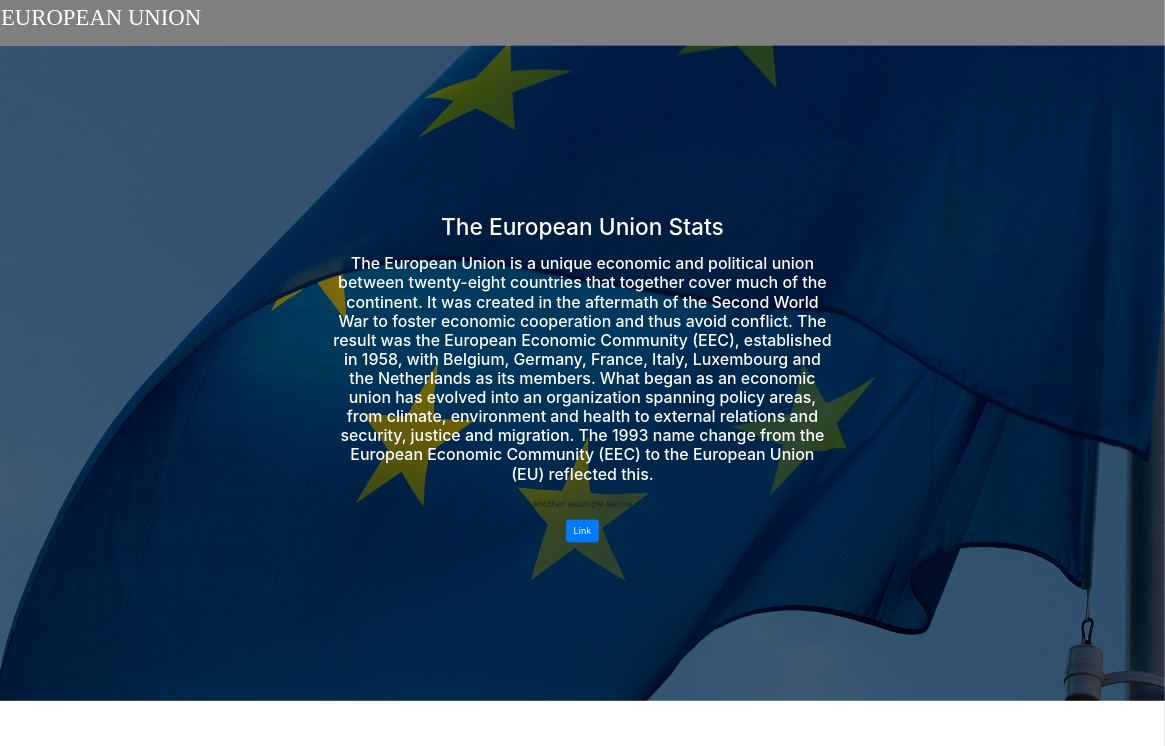
Repository: pjachimowski/renewable
Page: index.html
The author's editor kept a record of every edit. The page is drawn from the files as they stood at one moment, then again after the next edit.
The browser window is 1280 px wide. The pictures show the whole page, at 91% of full size.
Backgrounds fixed to the window are drawn as part of the page. Some web fonts or font styles are not loaded; a fallback is used. Some web libraries are served in a nearby version.

Above is the page before.
Console error: TypeError: Cannot read properties of null (reading 'textContent')

### index.html
<!DOCTYPE html>
<html lang="en">

<head>
    <meta charset="UTF-8">
    <meta name="viewport" content="width=device-width, initial-scale=1.0">
    <meta http-equiv="X-UA-Compatible" content="ie=edge">

    <title>EU Stats</title>

    <link rel="stylesheet" href="static/css/style.css" type="text/css" />
    <link rel="stylesheet" href="static/css/dc.min.css" type="text/css" />
    <link rel="stylesheet" href="static/css/bootstrap.min.css" type="text/css" />
    <link rel="stylesheet" href="https://maxcdn.bootstrapcdn.com/bootstrap/4.1.3/css/bootstrap.min.css">
    <link rel="stylesheet" href="https://use.fontawesome.com/releases/v5.6.1/css/all.css" integrity="sha384-gfdkjb5BdAXd+lj+gudLWI+BXq4IuLW5IT+brZEZsLFm++aCMlF1V92rMkPaX4PP" crossorigin="anonymous">
    <link href="https://fonts.googleapis.com/css?family=Akronim|Raleway" rel="stylesheet">


    <script type="text/javascript" src="static/js/d3.min.js"></script>
    <script type="text/javascript" src="static/js/crossfilter.min.js"></script>
    <script type="text/javascript" src="static/js/dc.min.js"></script>
    <script type="text/javascript" src="static/js/queue.min.js"></script>
    <script type="text/javascript" src="static/js/graphs2.js"></script>
</head>
<body>

<!-- navbar --------------------------------------------------------------------------------------------->

    <nav class="mynavbar navbar-expand-sm">
        <p class="logo my-auto">European Union </p>
    </nav>

<!-- callout --------------------------------------------------------------------------------------------->

   <section class="container-callout container-fluid">
       <div class="opaque-overlay">&nbsp;</div>
        <div class="row">
            <div class="col-12 text-center">
                <div>
                    <h1 class="title2">The European Union Stats</h1>
                </div>
                <div>
                    <h3 class="title2">The European Union is a unique economic and political union between twenty-eight countries that together cover much of the continent.
                    It was created in the aftermath of the Second World War to foster economic cooperation and thus avoid conflict. The result was the European Economic Community (EEC), established in 1958, with Belgium, Germany, France, Italy, Luxembourg and the Netherlands as its members.
                    What began as an economic union has evolved into an organization spanning policy areas, from climate, environment and health to external relations and security, justice and migration. The 1993 name change from the European Economic Community (EEC) to the European Union (EU) reflected this.
                    </h3>
                    <p> another example below</p>
                    <a class="btn btn-primary" href="example.html" role="button">Link</a>
                </div>
            </div>
        </div>

    </section>

    <div id="source-balance"></div>

   <!--  <div id="members-selector"></div> -->

    <div id="average-gdp"></div>



</body>
</html>

### static/css/style.css
html, body {
    overflow-x: hidden;
}

body {
    font-family: "Railway", sans-serif;
}

/*------- navbar ---------------*/
.mynavbar {
    background-color: gray;
    position: relative;
    min-height: 50px;
    margin-bottom: 0px;
    border: 1px solid transparent;
}

.logo {
    color: white;
    font-size: 25px;
    text-transform: uppercase;
    font-family: 'Playfair Display', serif;
}

/*------- callout -----------*/

.container-callout {
    height: 100vh;
    background: url("../../assets/background1.jpg") no-repeat bottom right fixed;
    -webkit-background-size: cover;
    -moz-background-size: cover;
    -o-background-size: cover;
    background-size: cover;
    display: flex;
    align-items: center;
    justify-content: center;
    position: relative;
    margin-bottom: 50px;
}

.opaque-overlay {
    position: absolute;
    top: 0;
    left: 0;
    height: 100%;
    width: 100%;
    background-color: rgba(0, 0, 0, 0.5);
}

.title2 {
    margin: 10px 350px 15px 350px;
    display: block;
    color: white;
}

### static/js/graphs2.js
queue()
    .defer(d3.csv, "data/states.csv")
    .await(makeGraphs);

function makeGraphs(error, statesData) {
    var ndx = crossfilter(statesData);

    show_members_balance(ndx);

    dc.renderAll();
}

/* ------ show_members_balance --------*/

function show_members_balance(ndx) {
    var dim = ndx.dimension(dc.pluck('European_Union'));
    var group = dim.group();

    dc.barChart("#members_balance")
        .width(400)
        .height(300)
        .margins({top: 10, right: 50, bottom: 30, left: 50})
        .dimension(dim)
        .group(group)
        .transitionDuration(500)
        .x(d3.scale.ordinal())
        .xUnits(dc.units.ordinal)
        .elasticY(true)
        .xAxisLabel("Countries in Europe")
        .yAxis().ticks(20);
}

/* ------ show_year_accession --------*/

function show_year_accession(ndx) {
    var dim = ndx.dimension(dc.pluck('European_Union'));
    var group = dim.group();

    dc.barChart("#members_balance")
        .width(400)
        .height(300)
        .margins({top: 10, right: 50, bottom: 30, left: 50})
        .dimension(dim)
        .group(group)
        .transitionDuration(500)
        .x(d3.scale.ordinal())
        .xUnits(dc.units.ordinal)
        .elasticY(true)
        .xAxisLabel("Countries in Europe")
        .yAxis().ticks(20);
}

Loaded but not shown: static/css/dc.min.css (library); static/css/bootstrap.min.css (library); static/js/d3.min.js (library); static/js/crossfilter.min.js (library); static/js/dc.min.js (library); static/js/queue.min.js (common file)

After the next edit:
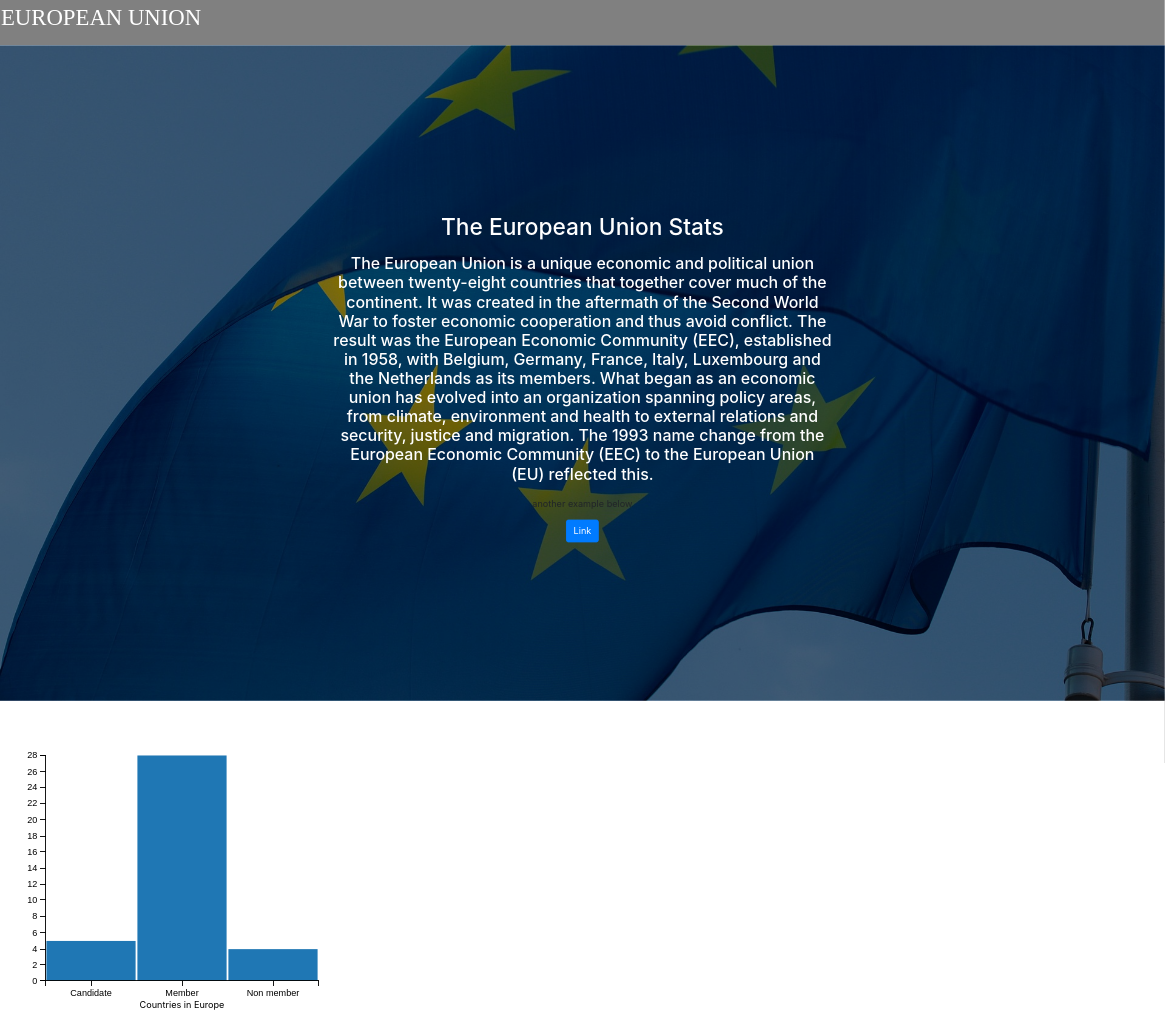
The error is gone.
The edit:
--- a/index.html
+++ b/index.html
@@ -52,11 +52,17 @@
 
     </section>
 
-    <div id="source-balance"></div>
+    <div id="members_balance"></div>
 
-   <!--  <div id="members-selector"></div> -->
+    <div id="year_accession"></div>
 
-    <div id="average-gdp"></div>
+    <div id="council_votes"></div>
+
+    <div id="parliament-seats"></div>
+
+
+    <!--- online try out --->
+
 
 
 
